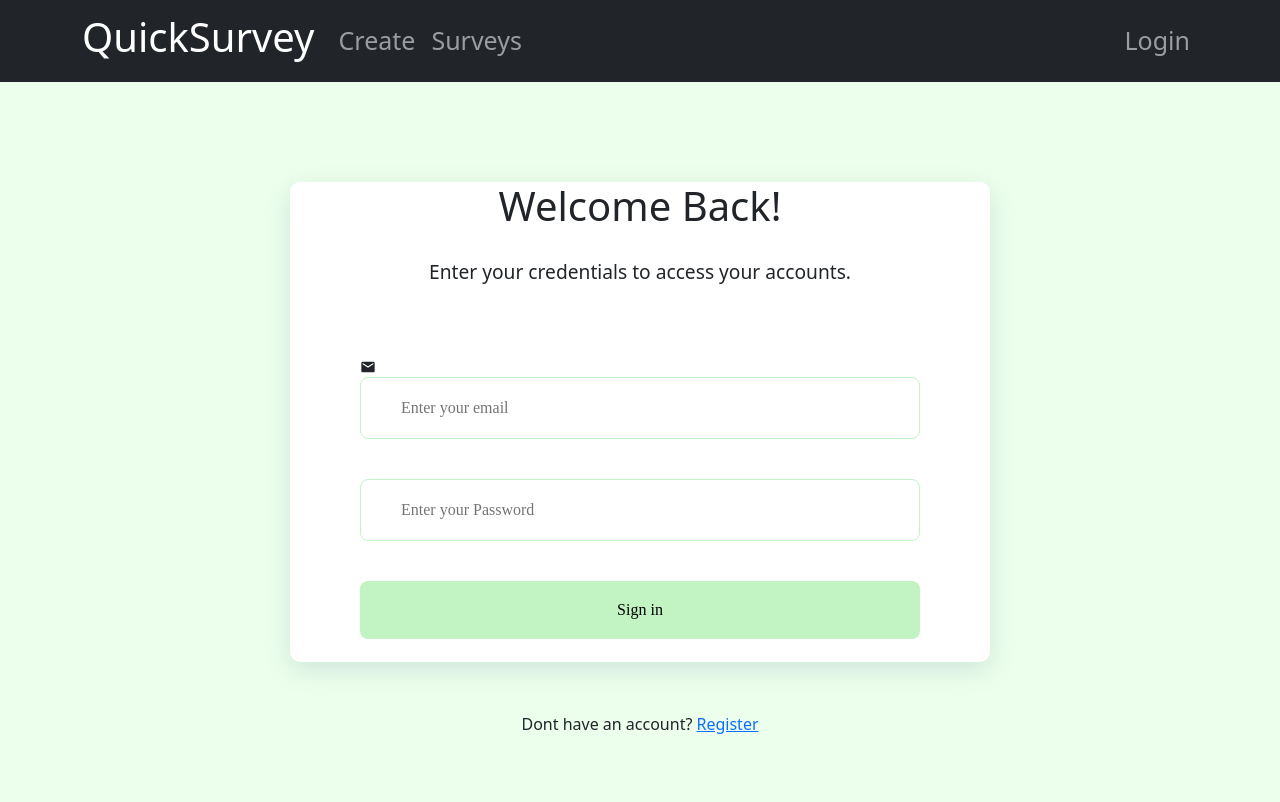
Repository: cakuang1/QuickSurveyReact
Page: /login
An editor plug-in stored every save of this project. The page is shown before and after a run of saves, followed by the edit.
The browser window is 1280 px wide. The pictures show the whole page.
The project was rebuilt for these pictures with package versions that can differ from the ones it lists, and the page was loaded fresh each time. Also part of the build but not shown: src/index.css, src/pages/home/home.js, src/pages/create/create.js, src/pages/pastsurveys/pastsurveys.js, src/pages/register/register.js.

Above is the page before, as saved 2022-07-24 21:12:30.

### src/App.js

import Navigation from './components/Nav/Nav';
import {BrowserRouter,Route,Routes} from "react-router-dom";
import Home from "./pages/home/home"
import Create from "./pages/create/create"
import CreatedSurveys from "./pages/pastsurveys/pastsurveys"
import LogRegi from "./pages/login/login"
import Register from "./pages/register/register"




function App() {
  return (
  <BrowserRouter>
    <Navigation/>
    <Routes>
      <Route path='/' element = {<Home/>}></Route>
      <Route path = 'create' element = {<Create/>}></Route>
      <Route path = 'created' element = {<CreatedSurveys/>}></Route>
      <Route path = 'login' element = {<LogRegi/>}></Route>
      <Route path = 'register' element = {<Register/>}></Route>
    </Routes>

  </BrowserRouter>

  );
}

export default App;

### src/components/Nav/Nav.js
import React,{useState} from "react";
import Nav from 'react-bootstrap/Nav';
import Navbar from 'react-bootstrap/Navbar';

import Container from 'react-bootstrap/Container';
import 'bootstrap/dist/css/bootstrap.min.css';
import {Link} from 'react-router-dom'
import "./nav.css"



export default function Navigation() {
  return (
    <Navbar collapseOnSelect expand="lg" bg="dark" variant="dark">
      <Container>
        <Navbar.Brand as={Link} to="/home">
          <h1>QuickSurvey</h1>
        </Navbar.Brand>
        <Navbar.Toggle aria-controls="responsive-navbar-nav" />
        <Navbar.Collapse id="responsive-navbar-nav">
          <Nav className="me-auto">
            <Nav.Link as={Link} to="/create">Create</Nav.Link>
            <Nav.Link as={Link} to="/created">Surveys</Nav.Link>

          </Nav>
          <Nav>
            <Nav.Link as={Link} to="/login">Login</Nav.Link>
          </Nav>
        </Navbar.Collapse>
      </Container>
    </Navbar>
  );
}

### src/pages/login/login.js

import React,{useState} from 'react'
import {MdEmail} from 'react-icons/md'
import {RiLockPasswordFill} from 'react-icons/ri'
import {Link} from 'react-router-dom'
import "./login.css"


function Login() {
    const [type,setType] = useState("Login");
    const [inputs, setInputs] = useState({});
    function handleChange(event) {
        const name = event.target.name;
        const value = event.target.value;
        setInputs(values => ({...values, [name]: value}))
    }
    return (
        <div className='test'>
            <div className='box'>
                <h1 className = "loginheader">
                    Welcome Back!
                </h1>
                <p className='description'>
                    Enter your credentials to access your accounts.
                </p>
                <form className='loginform'>
                    <i class="fa fa-user icon"><MdEmail/></i>
                    <input id = "email" name = "email" placeholder='Enter your email' onChange={handleChange} value = {inputs.email || ""}/>
                    <input id = "password" name = "password" placeholder='Enter your Password' onChange={handleChange} value = {inputs.password || ""}/>
                    <button type = "submit"> Sign in</button>
                </form>
            </div>
            <div>
            <p>Dont have an account? <Link to = "/register">Register</Link></p>

            </div>

        </div>
    )

}


export default function LogRegi() {
    return (

        <Login/>

    )
}

### src/components/Nav/nav.css
.nav-link {
    font-size: 25px;

}

### src/pages/login/login.css
.box {
width: 40vw;
min-width: 700px;
min-height: 480px;
border-radius: 10px;
background-color: #fff;
box-shadow: #6a839c33 0 8px 24px;
margin: 50px 10px;
display: flex;
flex-direction: column;
align-items: center;
}

.box2 {

    width: 40vw;
    min-width: 700px;
    min-height: 480px;
    border-radius: 10px;
    background-color: #fff;
    box-shadow: #6a839c33 0 8px 24px;
    margin: 50px 10px;
    display: flex;
    flex-direction: column;
    align-items: center;
    padding-bottom: 100px;



}

.description {
    margin-top: 20px;
    font-size: larger;

}
body {

    background-color: #ecffec;
}

.test {
    display: flex;
    width: 100vw;
    height: 100vh;
    flex-direction: column;
    align-items: center;
    justify-content: center;
    transition: background-color .2s;
}

.loginform {
    display: flex;
    flex-direction: column;
    width: 80%;
    margin-top: 50px;
}

.loginform input {
    margin-bottom: 40px;
    padding: 18px 18px 18px 40px;
    font-family: GilroyRegular;
    border: 1px solid #c2f3c2;
    border-radius: 8px;
    color: var(--blue);
}

.loginform button {
    outline: none;
    border: none;
    padding: 17px;
    border-radius: 8px;
    font-family: GilroyRegular;

    background-color: #c2f3c2;
    transition: .2s;
    font-size: 100%;


}

Loaded but not shown: public/index.html (common file); src/index.js (common file)

After the next 2 saves:
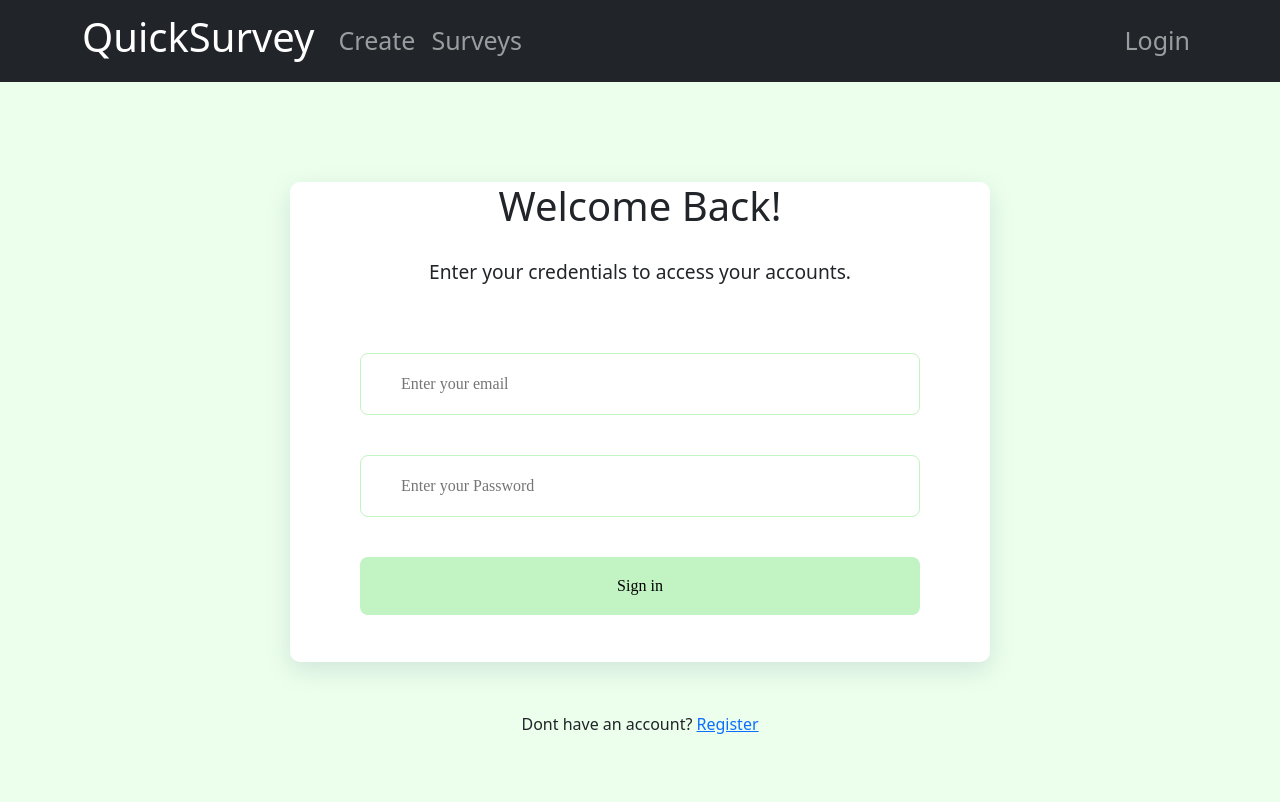
The 2 saves are shown as one change because they came seconds apart.
The last was saved 9 s later.
--- a/src/pages/login/login.js
+++ b/src/pages/login/login.js
@@ -24,7 +24,6 @@ function Login() {
                     Enter your credentials to access your accounts.
                 </p>
                 <form className='loginform'>
-                    <i class="fa fa-user icon"><MdEmail/></i>
                     <input id = "email" name = "email" placeholder='Enter your email' onChange={handleChange} value = {inputs.email || ""}/>
                     <input id = "password" name = "password" placeholder='Enter your Password' onChange={handleChange} value = {inputs.password || ""}/>
                     <button type = "submit"> Sign in</button>
